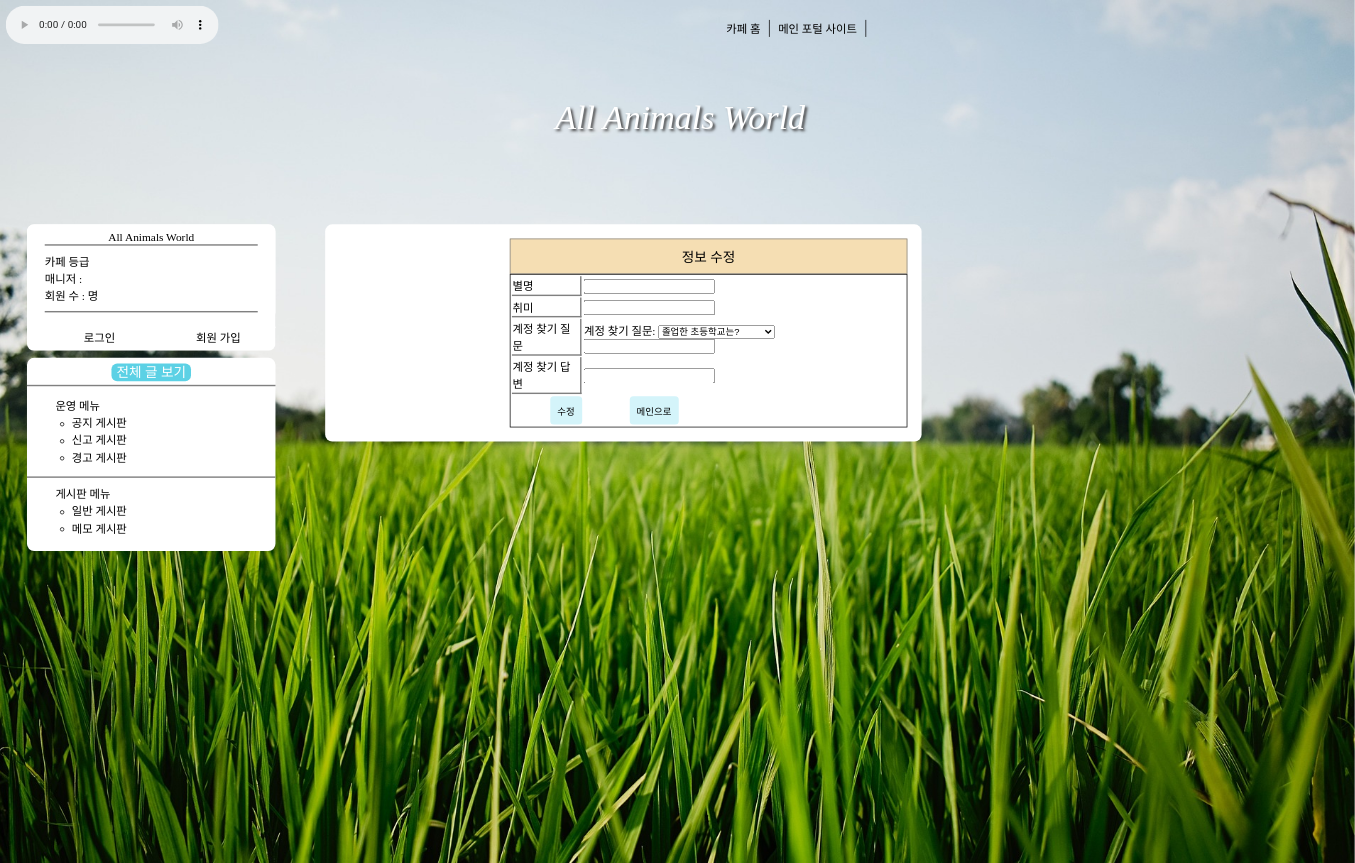
Repository: Cloudcuser/jm_cn_230511-0629-
Page: http://localhost/works/cafe_pro_infoEdit.jsp
An editor plug-in stored every save of this project. The page is shown before and after a run of saves, followed by the edit.
The browser window is 1280 px wide. The page is 1908 px wide, so the pictures cover 1908 px, including what lies to the right of the window. The pictures show the whole page, at 71% of full size.
The page is served by Tomcat 9. The template is opened directly, without the code that normally fills it, so the values that code supplies are empty.

Above is the page before, as saved 2023-06-28 05:35:08.

After the next 2 saves:
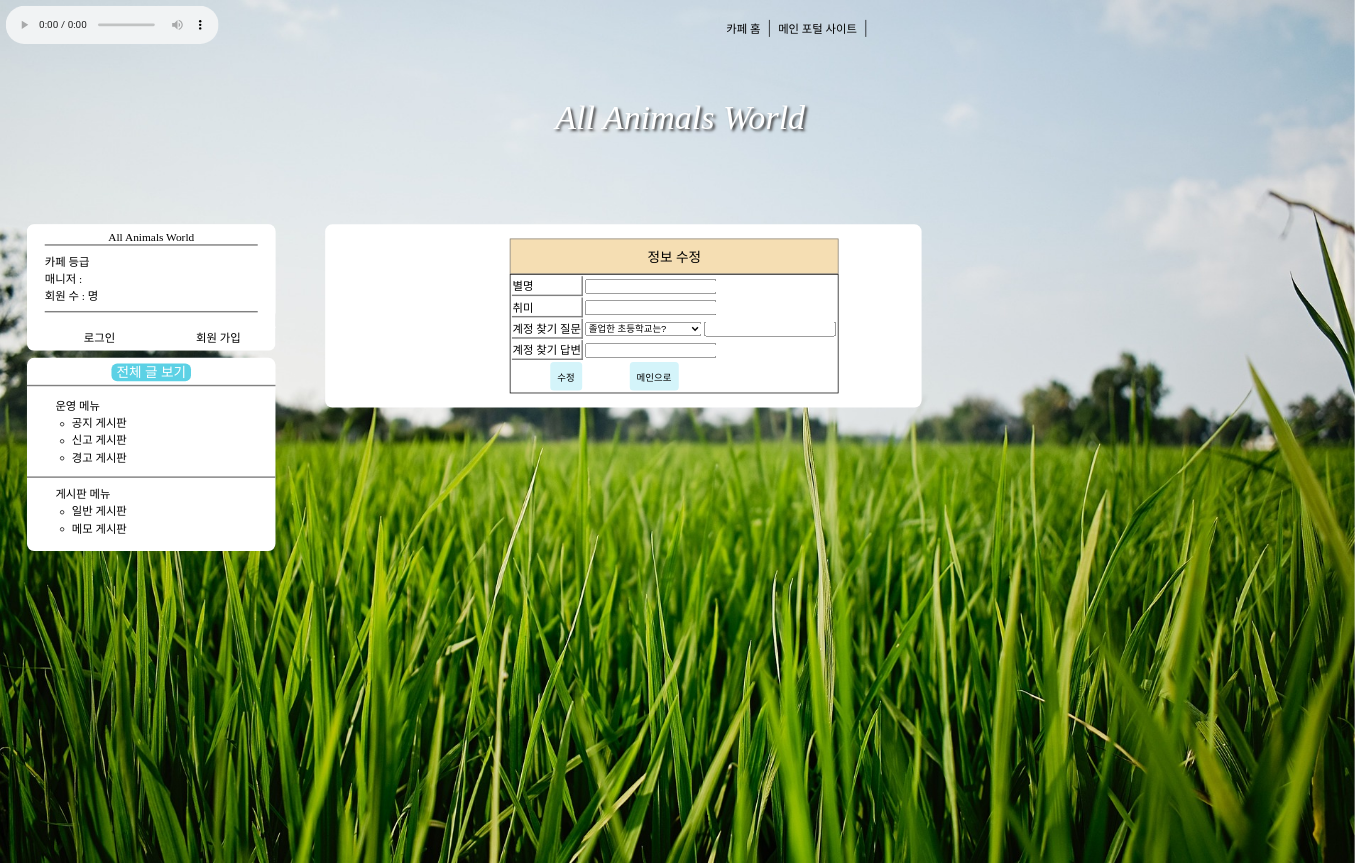
The 2 saves are shown as one change because they came seconds apart.
The last was saved 33 s later.
--- a/single/project/works/src/main/webapp/cafe_pro_infoEdit.jsp
+++ b/single/project/works/src/main/webapp/cafe_pro_infoEdit.jsp
@@ -213,7 +213,7 @@
 				</tr>
 				<tr>
 					<td>계정 찾기 질문</td><td>
-					계정 찾기 질문: <select name="question">
+								<select name="question">
 										<c:choose>
 											<c:when test="${question eq '졸업한 초등학교는?' }">
 												<option value="졸업한 초등학교는?" selected >졸업한 초등학교는?</option>
